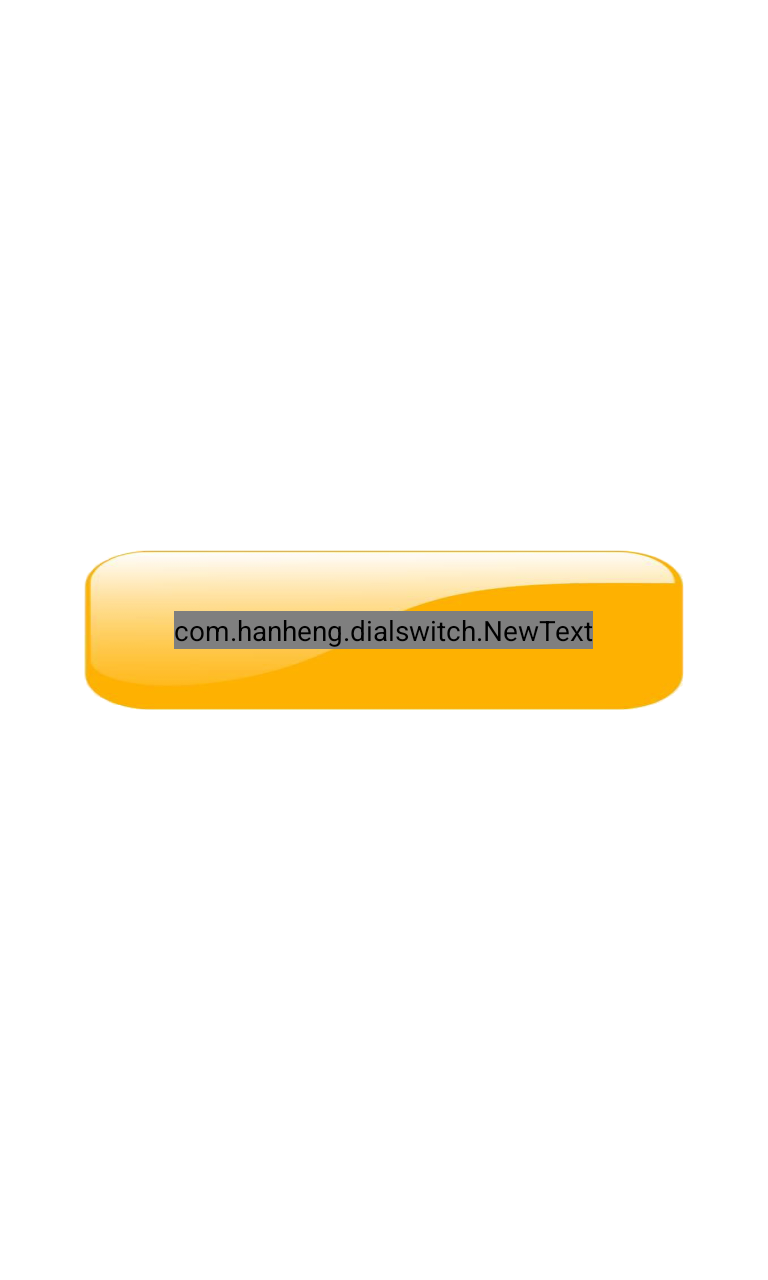
Repository: CovaWang/temporary_embedded
Layout: 7#车联·共享单车/代码/代码/res/layout/display.xml
The author's editor kept a copy of each file at every save. The layout is drawn from the files as they stood at one save, then again after the next save.
Pictures or frames that could not be fetched are drawn as grey boxes. It is drawn on a 768 x 1280 px phone screen (xhdpi) without system bars, with theme AppTheme; the app's code is not run.

Above is the layout before, as saved 2024-05-15 11:50:58.

After the next save:
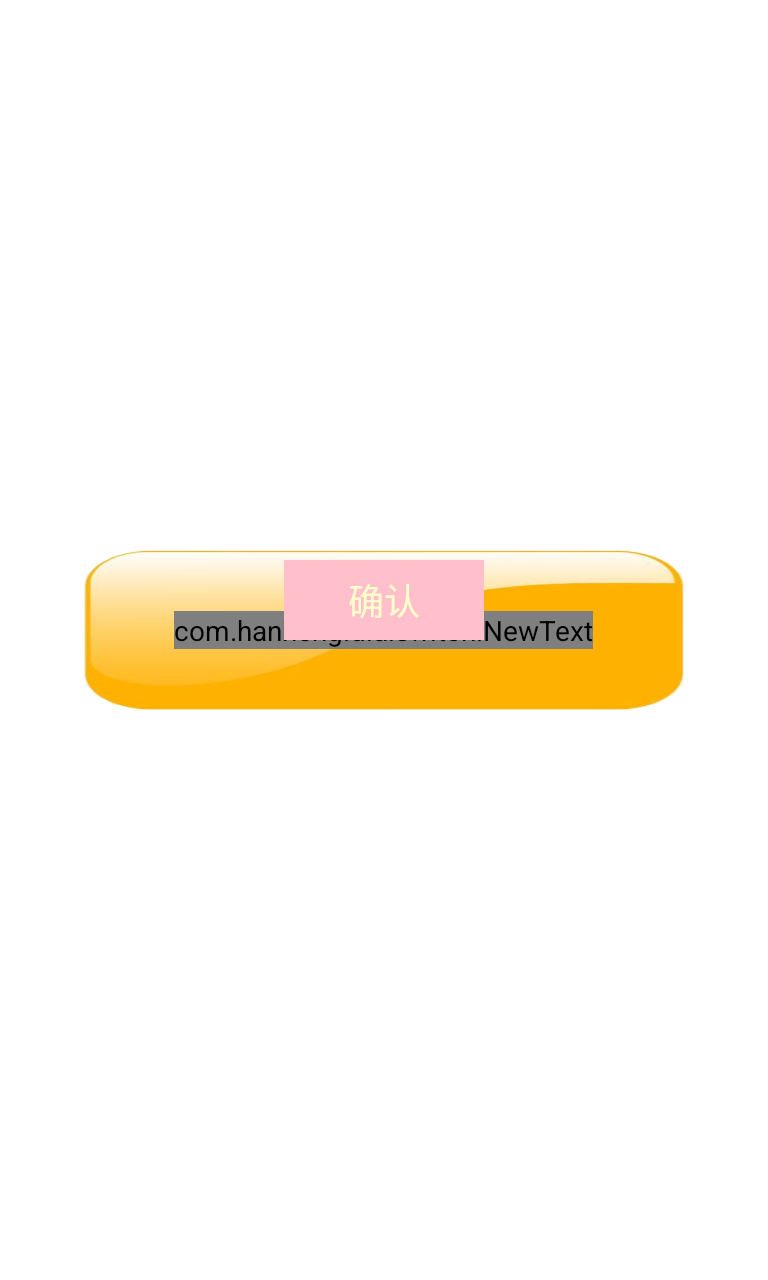
Saved 41 s later.
--- a/7#车联·共享单车/代码/代码/res/layout/display.xml
+++ b/7#车联·共享单车/代码/代码/res/layout/display.xml
@@ -37,7 +37,7 @@
         android:layout_width="100dp"
         android:layout_height="40dp"
         android:layout_marginTop="5dp"
-        android:layout_marginLeft="330dp"
+        android:layout_marginLeft="100dp"
         android:background="#FFC0CB"
         android:text="确认"
         android:textColor="#FFC" />
